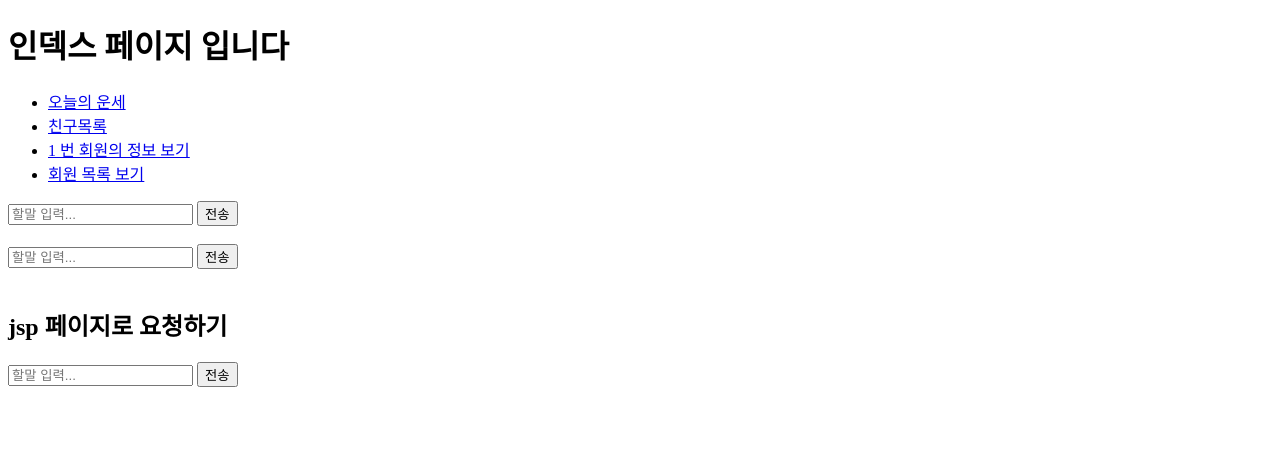
Repository: raehui/web_work
Page: Step01Servlet/src/main/webapp/index.html
The author's editor kept a copy of each file at every save. The page is drawn from the files as they stood at one save, then again after the next save.
The browser window is 1280 px wide. The pictures show the whole page.

Above is the page before, as saved 2025-01-03 08:44:15.

After the next save:
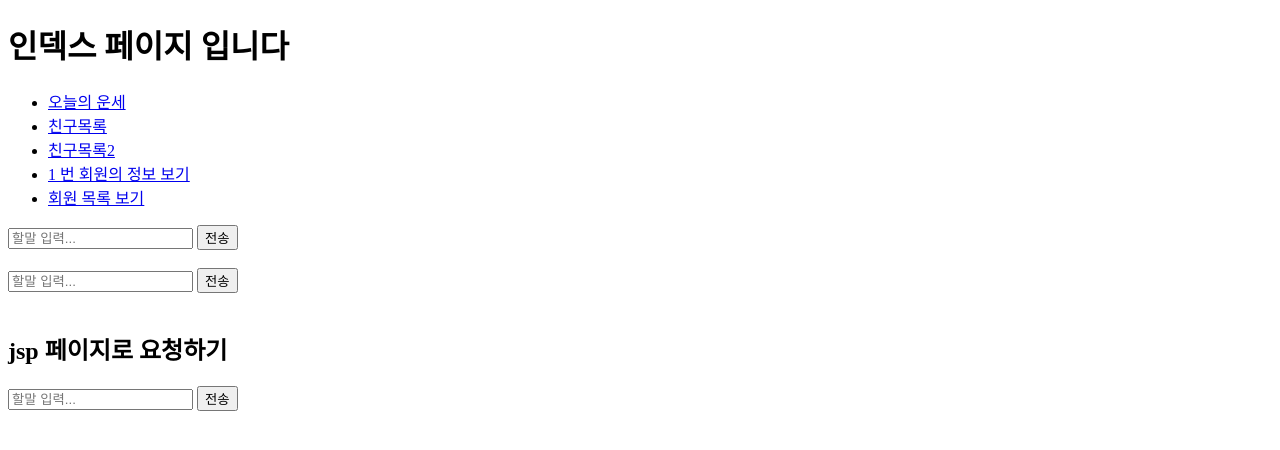
Saved 11 min 55 s later.
--- a/Step01Servlet/src/main/webapp/index.html
+++ b/Step01Servlet/src/main/webapp/index.html
@@ -10,6 +10,8 @@
 		<ul>
 			<li><a href="fortune">오늘의 운세</a></li>
 			<li><a href="friends">친구목록</a></li>
+			<li><a href="friends.jsp">친구목록2</a></li>
+
 			<li><a href="member?num=1">1 번 회원의 정보 보기</a></li>
 			<li><a href="member/list">회원 목록 보기</a></li>
 		</ul>
